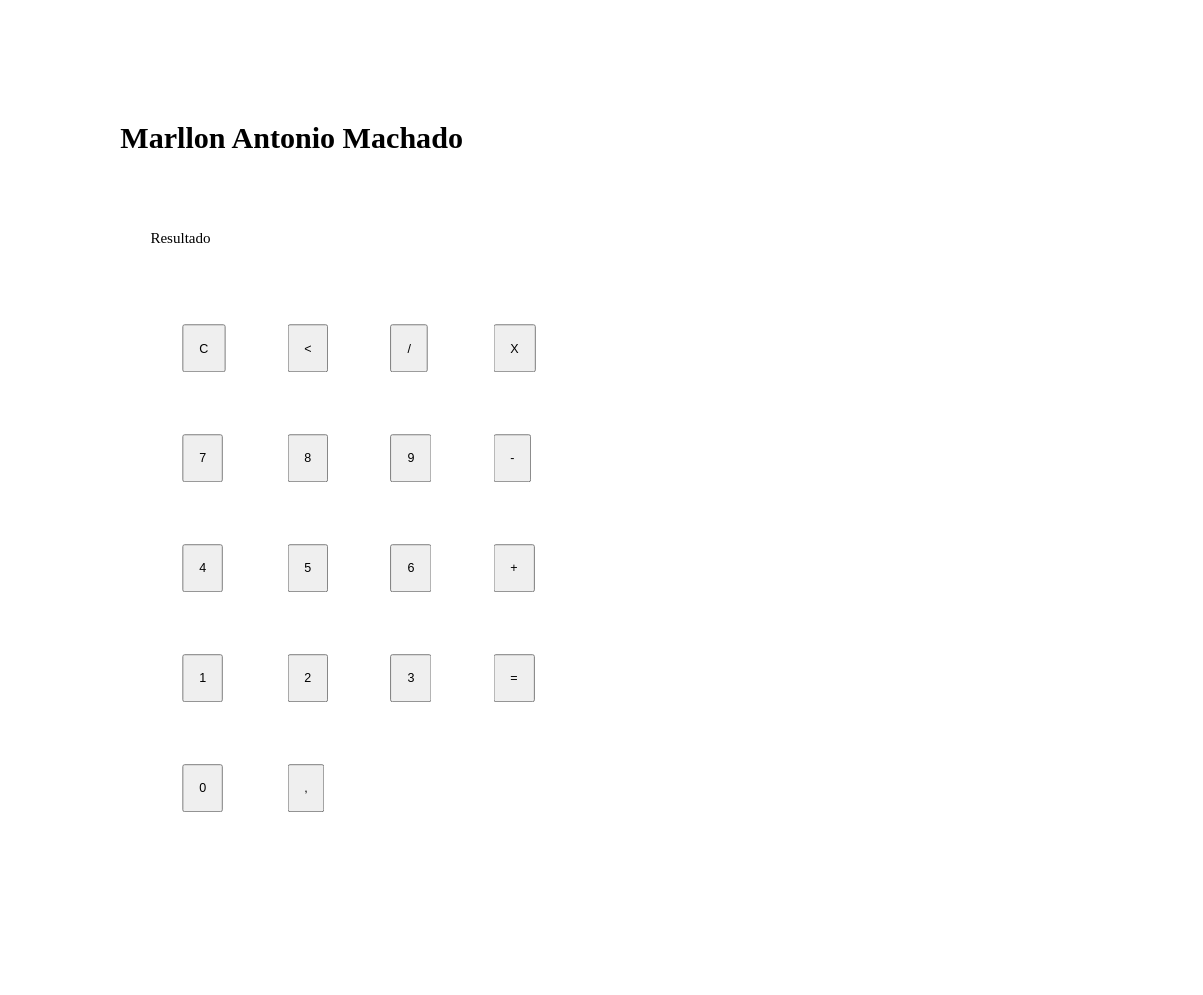
Repository: marllon-hetzler/calculadora.js
Page: interface.html
The author's editor kept a copy of each file at every save. The page is drawn from the files as they stood at one save, then again after the next save.
The browser window is 1280 px wide. The pictures show the whole page, at 94% of full size.

Above is the page before, as saved 2022-11-04 19:08:15.

### interface.html
<!DOCTYPE html>
<html lang="en">
<head>
    <meta charset="UTF-8">
    <meta http-equiv="X-UA-Compatible" content="IE=edge">
    <meta name="viewport" content="width=, initial-scale=1.0">
    <title>Document</title>
</head>
<body>
    <style>
        *{
            margin: 1rem;
            padding: 1rem;
        }
        .fundo{
            background-image:linear-gradient(45deg,black), red
        }
    </style>
    <div class="fundo">
    <h1>Marllon Antonio Machado</h1>
    <div class="calculadora">
        <p>Resultado</p>
        <table>
            <tr>
                <td><button>C</button></td>
                <td><button><</button></td>
                <td><button>/</button></td>
                <td><button>X</button></td>
            </tr>

            <tr>
                <td><button>7</button></td>
                <td><button>8</button></td>
                <td><button>9</button></td>
                <td><button>-</button></td>
            </tr>

            <tr>
                <td><button>4</button></td>
                <td><button>5</button></td>
                <td><button>6</button></td>
                <td><button>+</button></td>
            </tr>

            <tr>
                <td><button>1</button></td>
                <td><button>2</button></td>
                <td><button>3</button></td>
                <td><button>=</button></td>
            </tr>

            <tr>
                <td><button>0</button></td>
                <td><button>,</button></td>

            </tr>
        </table>
    </div>
    </div>
</body>
</html>

After the next save:
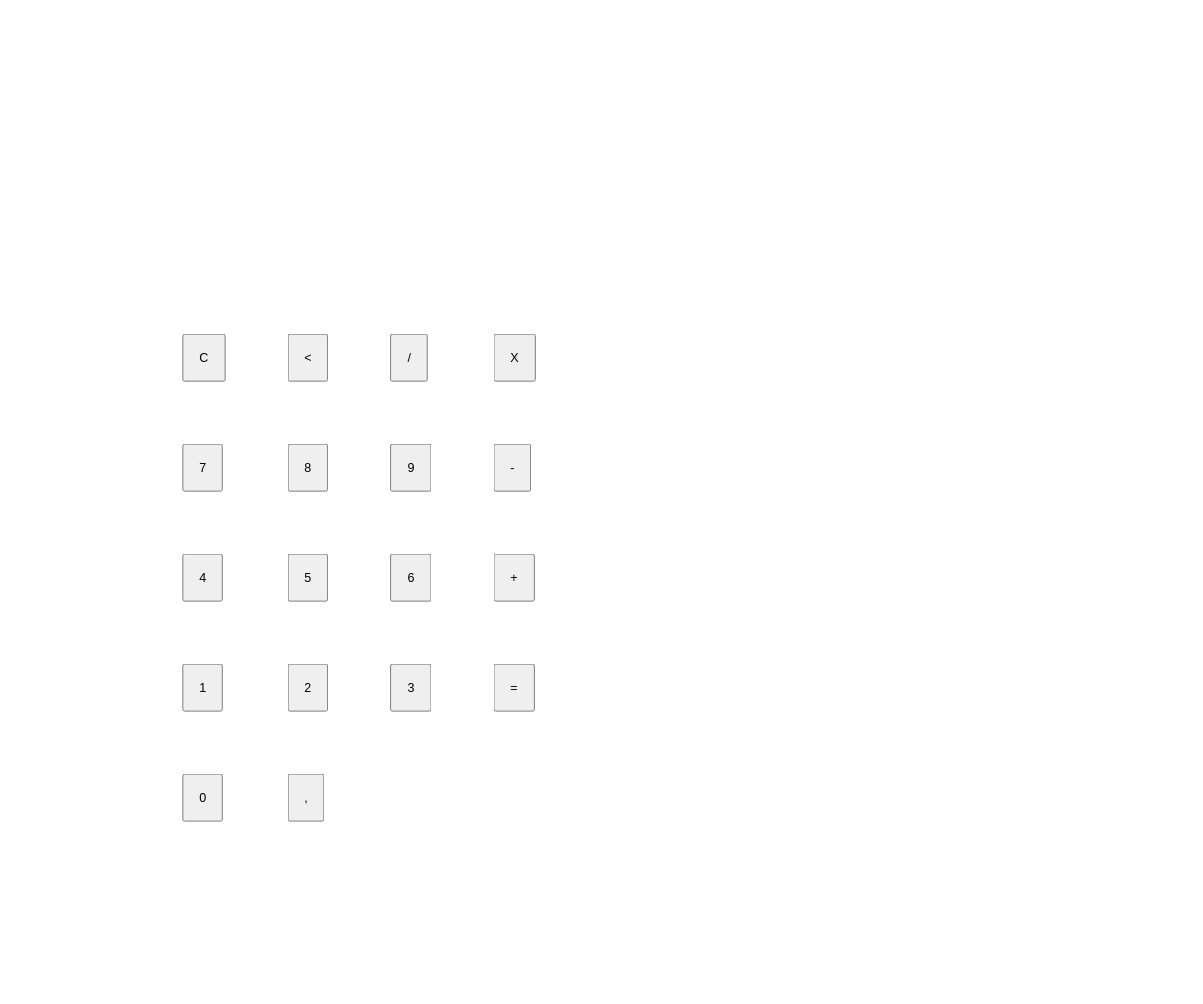
Saved 93 s later.
--- a/interface.html
+++ b/interface.html
@@ -13,7 +13,12 @@
             padding: 1rem;
         }
         .fundo{
-            background-image:linear-gradient(45deg,black), red
+            background-image:linear-gradient(45deg,black), red;
+            height:100%;
+            color: white;
+            font-family: Georgia, 'Times New Roman', Times, serif;
+            font-weight: bold;
+
         }
     </style>
     <div class="fundo">
